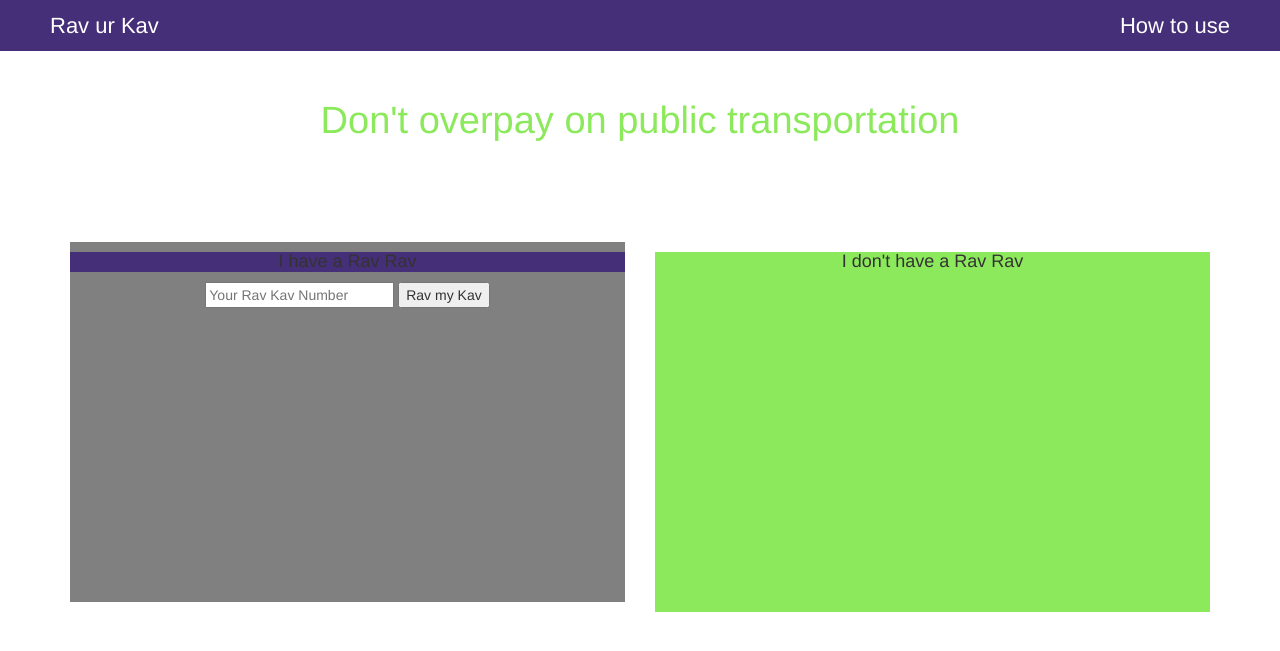
Repository: Louhla/Rav-ur-Kav
Page: index.html
These files come from the project's save history. The page is drawn as it stood at one moment and after the next save; the edit follows.
The browser window is 1280 px wide. The pictures show the whole page.

Above is the page before, as saved 2019-07-17 14:32:17.

After the next save:
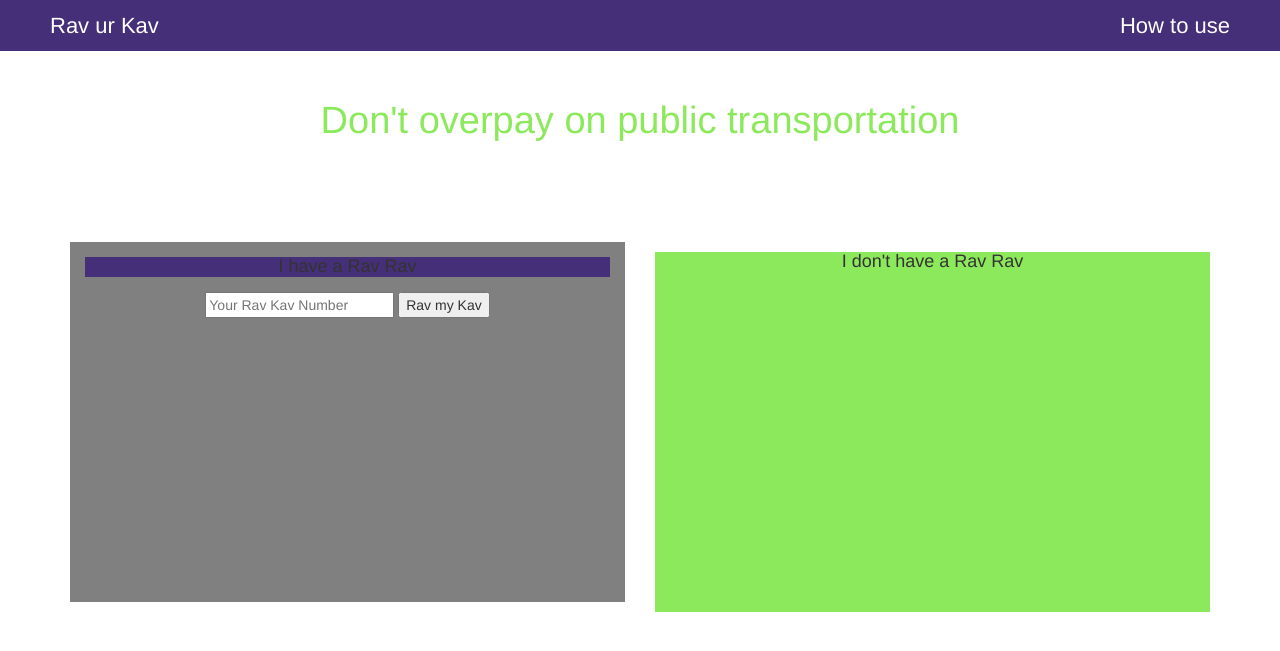
Saved 5 s later.
--- a/css/rav-ur-kav.css
+++ b/css/rav-ur-kav.css
@@ -39,5 +39,5 @@ h1{
 }
 .existing-user > h4{
     background-color: #462F79;
-
+    margin: 15px;
 }
